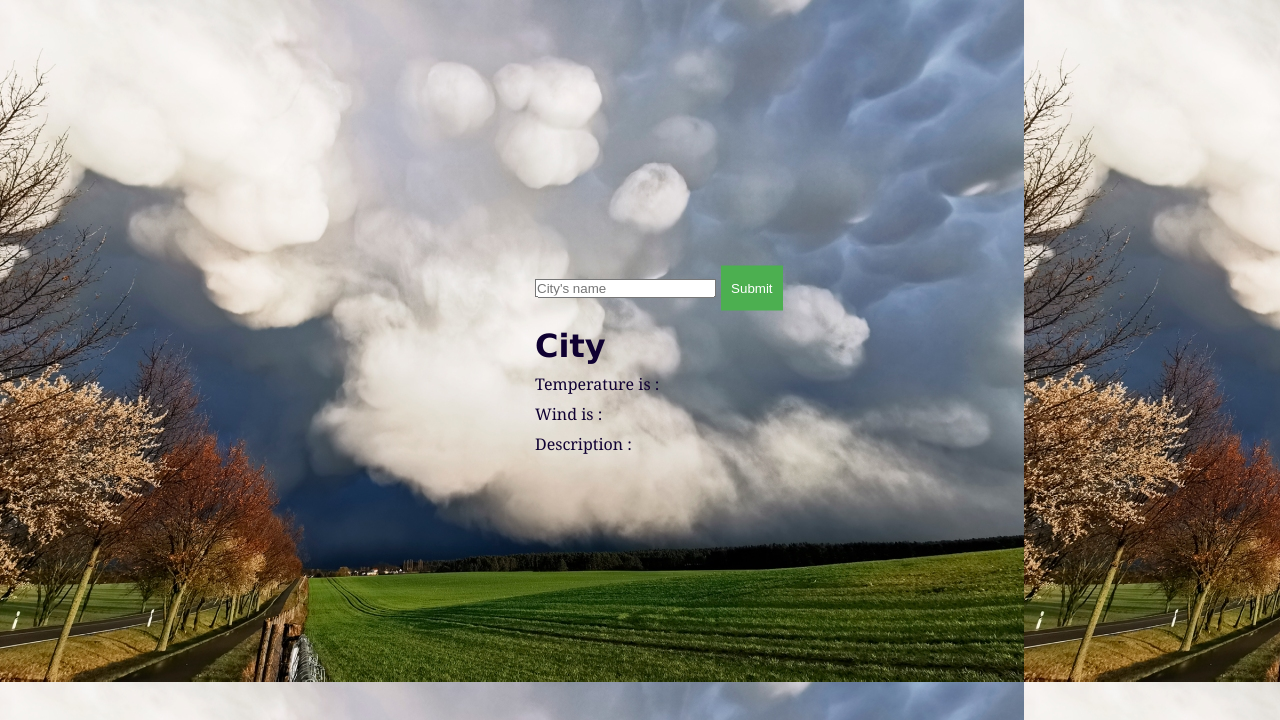
Repository: heartbreathing/searchWeather
Page: index.html
These files come from the project's save history. The page is drawn as it stood at one moment and after the next save; the edit follows.
The browser window is 1280 px wide. The pictures show the whole page.

Above is the page before, as saved 2022-11-06 22:54:33.

After the next save:
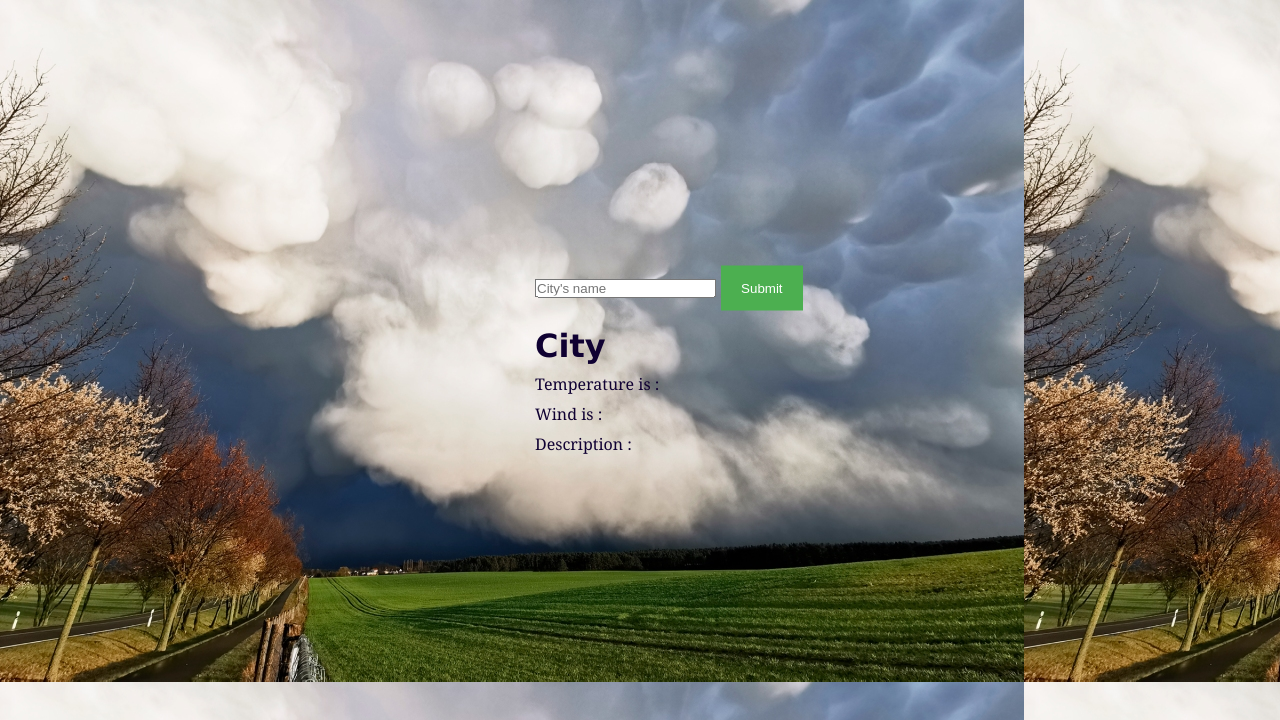
Saved 9 s later.
--- a/index.css
+++ b/index.css
@@ -29,7 +29,7 @@ h1 {
     background-color: #4CAF50; /* Green */
     border: none;
     color: white;
-    padding: 15px 10px;
+    padding: 15px 20px;
     text-align: center;
     text-decoration: none;
     display: inline-block;
